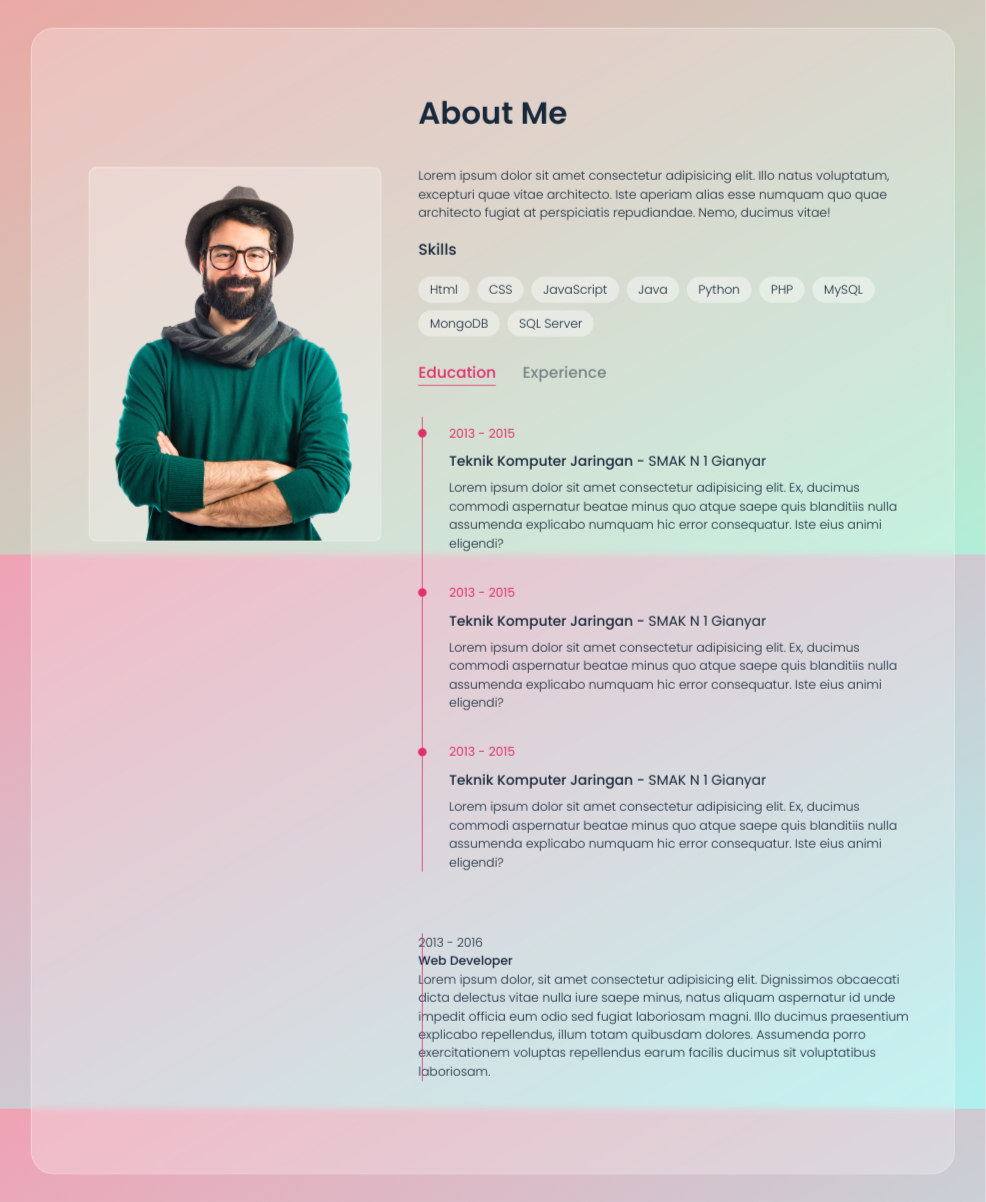
Repository: dewaary/Glassmorp-me
Page: index.html
An editor plug-in stored every save of this project. The page is shown before and after the next save, followed by the edit.
The browser window is 1280 px wide. The pictures show the whole page, at 77% of full size.
Backgrounds fixed to the window are drawn as part of the page.

Above is the page before, as saved 2021-05-25 23:08:47.
Not found: js/script,js

After the next save:
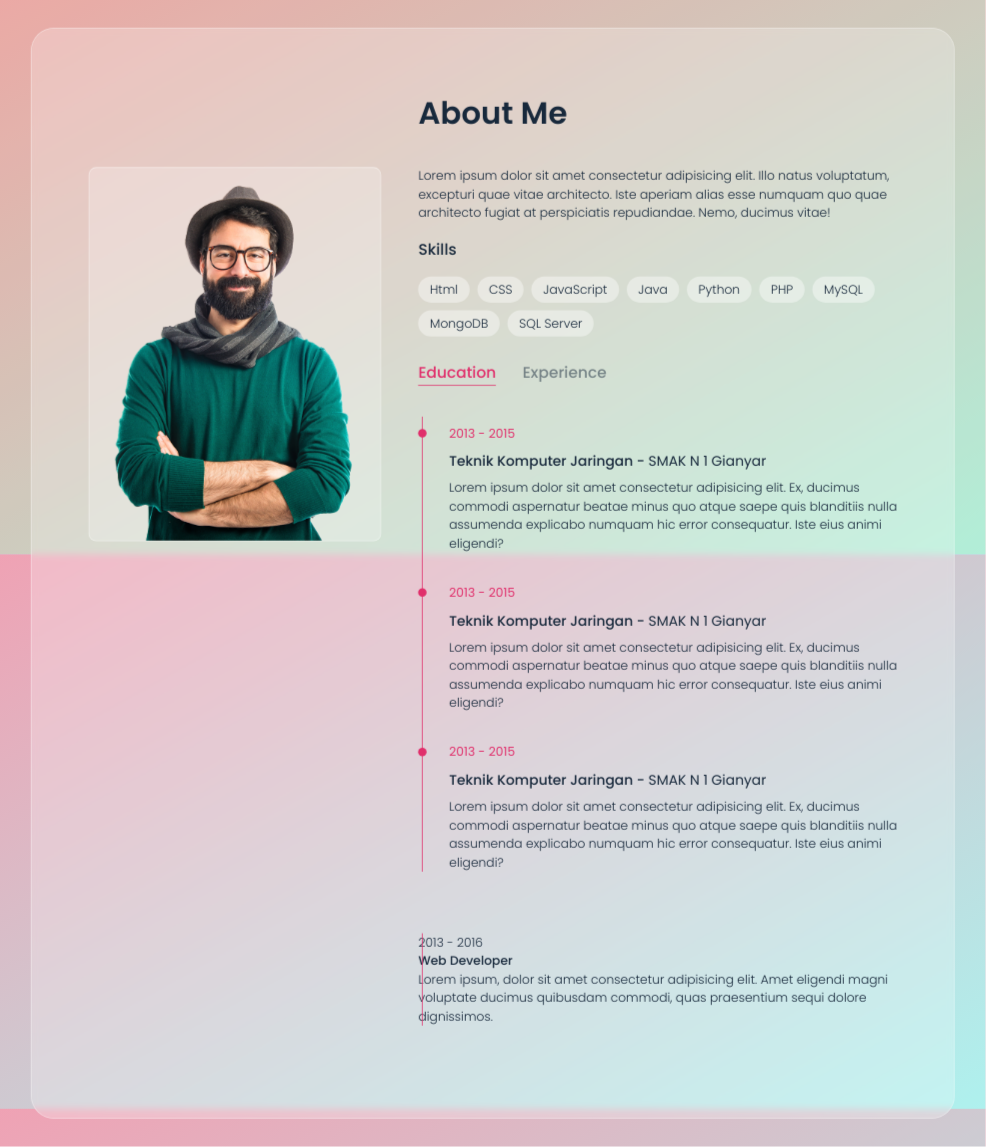
Saved 23 s later.
--- a/index.html
+++ b/index.html
@@ -100,7 +100,7 @@
                                 <div class="timeline-time">
                                     <span class="date">2013 - 2016</span>
                                     <h4>Web Developer</h4>
-                                    <p>Lorem ipsum dolor, sit amet consectetur adipisicing elit. Dignissimos obcaecati dicta delectus vitae nulla iure saepe minus, natus aliquam aspernatur id unde impedit officia eum odio sed fugiat laboriosam magni. Illo ducimus praesentium explicabo repellendus, illum totam quibusdam dolores. Assumenda porro exercitationem voluptas repellendus earum facilis ducimus sit voluptatibus laboriosam.</p>
+                                    <p>Lorem ipsum, dolor sit amet consectetur adipisicing elit. Amet eligendi magni voluptate ducimus quibusdam commodi, quas praesentium sequi dolore dignissimos.</p>
                                 </div>
                             </div>
                         </div>
